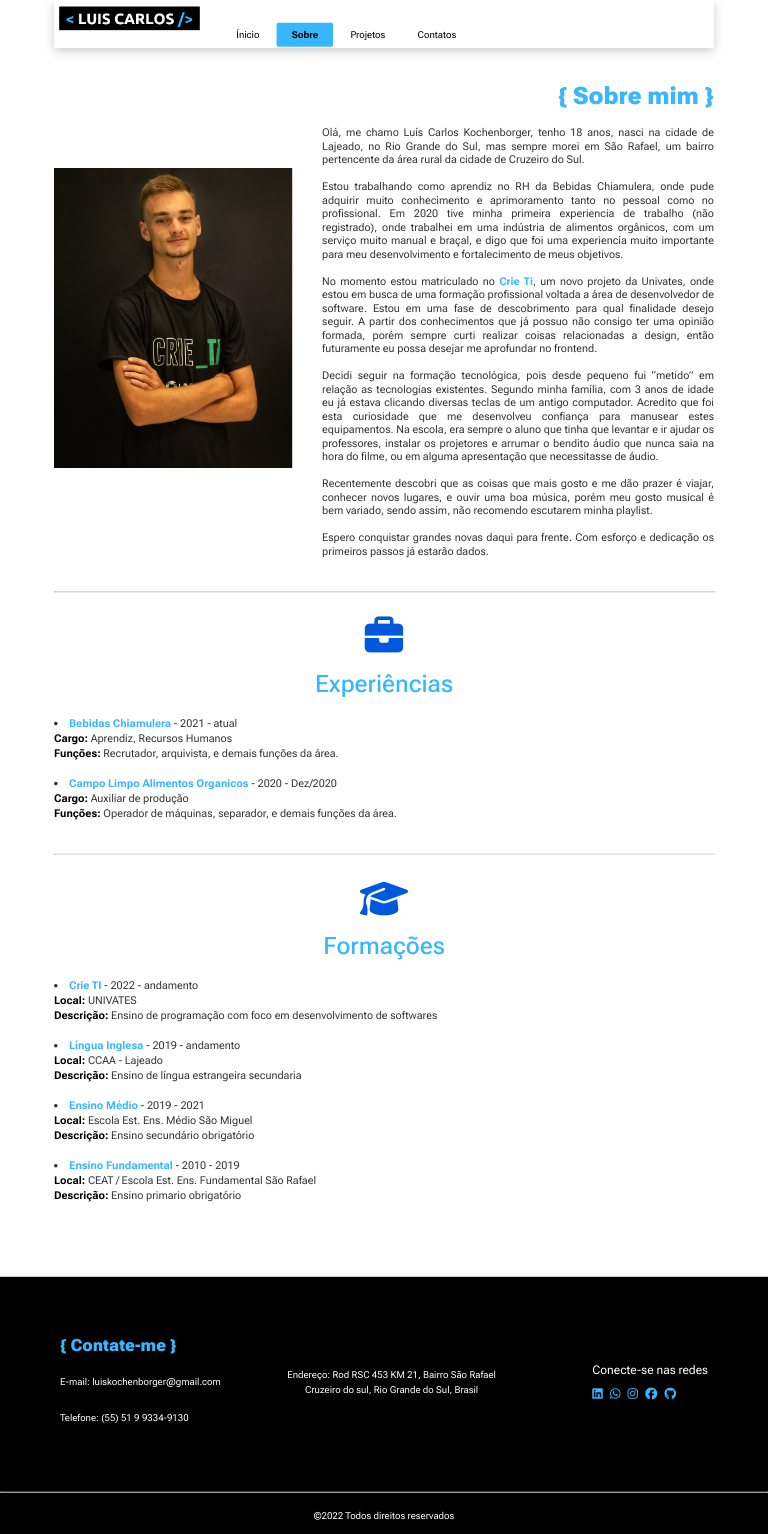
Repository: Iluiscarlos/SitePortifolio
Page: about.html
The author's editor kept a copy of each file at every save. The page is drawn from the files as they stood at one save, then again after the next save.
The browser window is 1280 px wide. The pictures show the whole page, at 60% of full size.
Some web libraries are served in a nearby version.

Above is the page before, as saved 2022-05-25 17:04:48.

### about.html
<!DOCTYPE html>
<html lang="pt-BR">

<head>
    <meta charset="UTF-8">
    <meta name="viewport" content="width=device-width, initial-scale=1.0">
    <meta http-equiv="X-UA-Compatible" content="ie=edge">
    <title>Luís Carlos</title>
    <link rel="stylesheet" href="Styles/base/reset.css">
    <link rel="stylesheet" href="Styles/base/variables.css">
    <link rel="stylesheet" href="Styles/base/base.css">
    <link rel="stylesheet" href="Styles/layout/header.css">
    <link rel="stylesheet" href="Styles/layout/about.css">
    <link rel="stylesheet" href="Styles/layout/footer.css">
    <link rel="stylesheet" href="Styles/components/icon.css">
    <script src="https://kit.fontawesome.com/2c48374459.js" crossorigin="anonymous"></script>
    <link rel="preconnect" href="https://fonts.googleapis.com">
    <link rel="preconnect" href="https://fonts.gstatic.com" crossorigin>
    <link
        href="https://fonts.googleapis.com/css2?family=Roboto+Flex:opsz,wght@8..144,100;8..144,200;8..144,300;8..144,400;8..144,500;8..144,600;8..144,700;8..144,800;8..144,900&display=swap"
        rel="stylesheet">
</head>

<body>
    <header class="header container">
        <img src="icons/logo.png" class="header__logo">
        <nav class="menu__item">
            <a href="index.html" class="menu__item">Ínicio</a>
            <a href="about.html" target="_self" class=" menu__item menu__item--active">Sobre</a>
            <a href="projects.html" class="menu__item">Projetos</a>
            <a href="contacts.html" class="menu__item">Contatos</a>
        </nav>
    </header>
    <main class="container">
    <section class="about">
        <img src="photos/About.jpg" alt="Luís Carlos, CrieTI" class="about__photo">
            <div>
                <h1 class="about__tittle">{ Sobre mim }</h1>
                <div class="about__content">
                    <p>Olá, me chamo Luís Carlos Kochenborger, tenho 18 anos, nasci na cidade de Lajeado, no Rio Grande
                        do
                        Sul, mas sempre morei em São Rafael, um bairro pertencente da área rural da cidade de Cruzeiro
                        do
                        Sul.</p><br>
                    <p>Estou trabalhando como aprendiz no RH da Bebidas Chiamulera, onde pude adquirir muito
                        conhecimento e
                        aprimoramento tanto no pessoal como no profissional. Em 2020 tive minha primeira experiencia de
                        trabalho (não registrado), onde trabalhei em uma indústria de alimentos orgânicos, com um
                        serviço
                        muito manual e braçal, e digo que foi uma experiencia muito importante para meu desenvolvimento
                        e
                        fortalecimento de meus objetivos.</p><br>
                    <p>No momento estou matriculado no <a href="https://www.univates.br/crieti" target="_blank"><b
                                class="bold__blue">Crie
                                Ti</b></a>, um novo
                        projeto da Univates, onde estou em busca de uma formação profissional voltada a área de
                        desenvolvedor de software. Estou em uma fase de descobrimento para qual finalidade desejo
                        seguir. A
                        partir dos conhecimentos que já possuo não consigo ter uma opinião formada, porém sempre curti
                        realizar coisas relacionadas a design, então futuramente eu possa desejar me aprofundar no
                        frontend.
                    </p><br>
                    <p>Decidi seguir na formação tecnológica, pois desde pequeno fui “metido” em relação as tecnologias
                        existentes. Segundo minha família, com 3 anos de idade eu já estava clicando diversas teclas de
                        um
                        antigo computador. Acredito que foi esta curiosidade que me desenvolveu confiança para manusear
                        estes equipamentos. Na escola, era sempre o aluno que tinha que levantar e ir ajudar os
                        professores,
                        instalar os projetores e arrumar o bendito áudio que nunca saia na hora do filme, ou em alguma
                        apresentação que necessitasse de áudio.</p><br>
                    <p>Recentemente descobri que as coisas que mais gosto e me dão prazer é viajar, conhecer novos
                        lugares,
                        e ouvir uma boa música, porém meu gosto musical é bem variado, sendo assim, não recomendo
                        escutarem
                        minha playlist.</p><br>
                    <p>Espero conquistar grandes novas daqui para frente. Com esforço e dedicação os primeiros passos já
                        estarão dados.</p>
                </div>
            </div>
    </section>
    <br>
    <br>
    <br>
    <hr class="divisor">
    <br>
    <br>
    <section class="experience">
        <div class="icon__large">
            <i class="fa-solid fa-briefcase"></i>
        </div>
        <h1 class="subtitle">Experiências</h1>
        <br>
        <br>
        <div class="experience__list">
            <li><b class="bold__blue">Bebidas Chiamulera</b> - 2021 - atual<br>
                <b class="bold__black">Cargo:</b> Aprendiz, Recursos Humanos<br>
                <b class="bold__black">Funções:</b> Recrutador, arquivista, e demais funções da área.
            </li>
            <br>
            <li><b class="bold__blue">Campo Limpo Alimentos Organicos</b> - 2020 - Dez/2020<br>
                <b class="bold__black">Cargo:</b> Auxiliar de produção<br>
                <b class="bold__black">Funções:</b> Operador de máquinas, separador, e demais funções da área.
            </li>
        </div>
        <br>
        <br>
        <br>
        <hr class="divisor">
        <br>
        <br>
        <div class="icon__large">
            <i class="fa-solid fa-graduation-cap"></i>
        </div>
        <h1 class="subtitle">Formações</h1>
        <br>
        <br>
        <div class="experience__edu">
            <li><b class="bold__blue">Crie TI</b> - 2022 - andamento<br>
                <b class="bold__black">Local:</b> UNIVATES<br>
                <b class="bold__black">Descrição:</b> Ensino de programação com foco em desenvolvimento de softwares
            </li>
            <br>
            <li><b class="bold__blue">Língua Inglesa</b> - 2019 - andamento<br>
                <b class="bold__black">Local:</b> CCAA - Lajeado<br>
                <b class="bold__black">Descrição:</b> Ensino de língua estrangeira secundaria
            </li>
            <br>
            <li><b class="bold__blue">Ensino Médio</b> - 2019 - 2021<br>
                <b class="bold__black">Local:</b> Escola Est. Ens. Médio São Miguel<br>
                <b class="bold__black">Descrição:</b> Ensino secundário obrigatório
            </li>
            <br>
            <li><b class="bold__blue">Ensino Fundamental</b> - 2010 - 2019<br>
                <b class="bold__black">Local:</b> CEAT / Escola Est. Ens. Fundamental São Rafael<br>
                <b class="bold__black">Descrição:</b> Ensino primario obrigatório
            </li>
        </div>
    </section>
    <br>
    <br>
    <br>
    <br>
    </main>
    <footer>
        <section class="andress">
            <div class="andress__contacts">
                <h1 class="andress__contacts-tittle">{ Contate-me }</h1>
                <a class="contacts" href="mailto:luiskochenborger@gmail.com">E-mail: luiskochenborger@gmail.com</a>
                <a class="contacts" href="tel:+55051993349130">Telefone: (55) 51 9 9334-9130</a>
            </div>
            <address class="andress__add">
                Endereço: Rod RSC 453 KM 21, Bairro São Rafael<br>
                Cruzeiro do sul, Rio Grande do Sul, Brasil
            </address>
            <div class="andress__rede">
                <h1 id="andress__rede">Conecte-se nas redes</h1>
                <br>
                <a class="icon__small" href="https://www.linkedin.com/in/luis-carlos-kochenborger" target="_blank"><i
                        class="fa-brands fa-linkedin"></i></a>
                <a class="icon__small" href="https://api.whatsapp.com/send?phone=5551993349130&text=Contate-me"
                    target="_blank"><i class="fa-brands fa-whatsapp"></i></a>
                <a class="icon__small" href="https://www.instagram.com/iluis.kochenborger/" target="_blank"><i
                        class="fa-brands fa-instagram"></i></a>
                <a class="icon__small" href="https://www.facebook.com/luiscarlos.kochenborger/" target="_blank"><i
                        class="fa-brands fa-facebook"></i></a>
                <a class="icon__small" href="https://github.com/Iluiscarlos" target="_blank"><i
                        class="fa-brands fa-github"></i></a>
            </div>
        </section>
        <hr>
        <span class="footer__copy">
            &copy;2022 Todos direitos reservados
        </span>
    </footer>

</html>
</body>

</html>

### Styles/base/variables.css
:root{
    --color-red: #F41B3B;
    --color-green: #1EBC99;
    --color-blue: #38b6ff;
    --color-blue1: #0058dd;
    --color-purple:#6b009d;
    --color-yellow: #F9CC0D;
    --color-white: #ffffff;
    --color-black: #000000;
    --color-black1: #333;
    --color-darken-gray: #363536;
    --color-light-gray: #807E81;
    --color-gray: #4f4e50;
    --color-fa: #fafafa;
    --color-ea: #eaeaea;
    --color-cece: #cecece;

--font-family-Roboto:"Roboto Flex", 'Sans serif';
--font-size-default: 16px;
--border-radius-default:3px;

--font-family-primary: var(--font-family-Roboto);
}

### Styles/base/base.css
body {
    font-family: var(--font-family-primary);
    font-size: var(--font-size-default);
    background-color:  var(--color-white);
    color: var(--color-black1);
}


.divisor{
    size: 1;
    width: 100%;
}

.container {
    width: 1100px;
    max-width: 100%;
    margin-left: auto;
    margin-right: auto;
    margin-bottom: 60px;
  }

### Styles/layout/header.css
.header{
    position: fixed;
    height: 80px;
    font-size: 16px;
    background-color: var(--color-white);
    box-shadow: 0 5px 1em #cecece;
    top: 0;
    left: 0;
    right: 0;
}

.header .container{
    display: flex;
    align-items: center;
    height: 100%;
}
.menu__item{
    display: inline-block;
    padding: 0 25px 0;
    text-decoration: none;
    /*border-right: 2px solid var(--color-blue);*/
    color: var(--color-black);
    margin-left: auto;
}

.menu__item--active{
    color: var(--color-black);
    display: inline-block;
    text-align: center;
    font-weight: bold;
    line-height: 40px;
    border-radius: 3px;
    background: var(--color-blue);
}

/*.menu__item:last-child{
    border-right: none;
}*/

.header__logo{
    width: 250px;
}


@media only screen and (max-width: 480px){
    .header{
    display: block;
    position: fixed;
    top: 60px;
    left: 0;
    right: 0;
    bottom: 0;
    background-color: pink;
    transform: translateX(-100%);

}


    .header__menu::-webkit-scrollbar{
        width: 0;
        height: 0;
    }

    .menu__item{
        display: block;
        margin: 20px 0;
    }

}

### Styles/layout/about.css
.about{
    display: flex;
}

.about__photo{
    width: 400px;
    height: 500px;
    padding-top: 280px;
    padding-right: 50px;
    vertical-align: middle;
    object-fit: cover;
}


.about__tittle{
    color: var(--color-blue);
    font-size: 40px;
    font-weight:900;
    padding-top: 140px;
    text-align: end;
}


.about__content{
    font-family: var(--font-family-primary);
    font-size: 18px;
    padding-top: 30px;
    text-align: justify;
    line-height: 1.25;
}


a{
    text-decoration: none;
}

.bold__blue{
    font-weight: bold;
    color: var(--color-blue);
}

.bold__black{
    font-weight: bold;
    color: var(--color-black);
}


.experience{
    display: flex;
    flex-direction: column;
}

.subtitle{
    color: var(--color-blue);
    font-size: 40px;
    font-weight:500;
    padding-top: 25px;
    text-align: center;
    vertical-align:top;
}

.experience__list{
    text-align: justify;
    font-size: 18px;
    font-weight: 400;
    line-height: 25px;
}

.experience__edu{
    text-align: justify;
    font-size: 18px;
    font-weight: 400;
    line-height: 25px;
}

### Styles/layout/footer.css
footer{
display: block;
background-color: var(--color-black);
}

.andress {
    display: flex;
    height: 350px;
    color: var(--color-white);
    align-items: center;
    justify-content: space-between;
    padding-left: 100px;
}


.andress__contacts{
    display: block;
    font-size: var(--font-size-default);
    line-height: 60px;
}

.andress__contacts-tittle{
    color: var(--color-blue);
    font-size: 28px;
    font-weight: 900;

}


.contacts{
    display: block;
    text-decoration: none;
    color: var(--color-white);
}

.andress__rede{
    display: block;
    font-size: 20px;
    padding-left: 150px;
    padding-right: 100px;
}

.andress__add{
    line-height: 25px;
    padding-left: 100px;
    text-align:center;
}


.footer__copy{
    display: flex;
    height: 60px;
    font-size: var(--font-size-default);
    color: var(--color-white);
    text-align: center;
    justify-content:center;
    align-items: center;
}

### Styles/components/icon.css
.icon__large{
    font-size: 4em;
    color: var(--color-blue1);
    text-align: center;
}

.icon__large:last-child{
    text-align: end;
}

.social .icon__large{
    color: var(--color-white);
}

.icon__medium{
    text-decoration: none;
    font-size: 2em;
    color: var(--color-white);
    letter-spacing: 15px;
}

.icon__small{
    text-decoration: none;
    text-align: end;
    font-size: 1em;
    color: var(--color-blue);
    letter-spacing: 7px;
}

.icon__small i:hover{
    transform: translateX(1px) rotate(10deg) translateY(0.3px) scale(1.2);
    transition-duration: 1000ms;
}

.icon__medium i:hover{
    transform: translateX(1px) rotate(10deg) translateY(0.3px) scale(1.2);
    transition-duration: 1000ms;
}

Loaded but not shown: Styles/base/reset.css (common file)

After the next save:
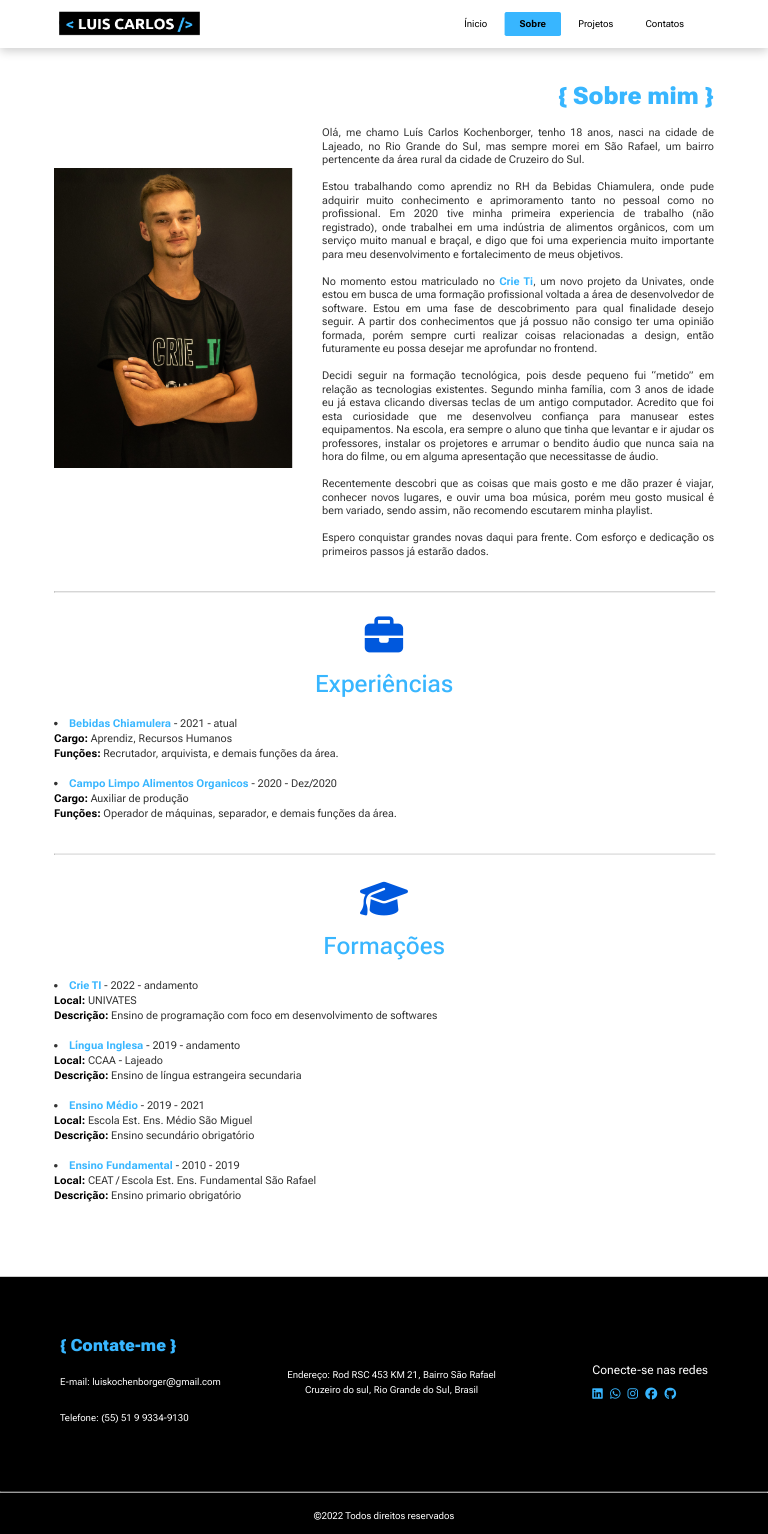
Saved 29 s later.
--- a/about.html
+++ b/about.html
@@ -22,7 +22,8 @@
 </head>
 
 <body>
-    <header class="header container">
+    <header class="header">
+        <div class="container">
         <img src="icons/logo.png" class="header__logo">
         <nav class="menu__item">
             <a href="index.html" class="menu__item">Ínicio</a>
@@ -30,6 +31,7 @@
             <a href="projects.html" class="menu__item">Projetos</a>
             <a href="contacts.html" class="menu__item">Contatos</a>
         </nav>
+        </div>
     </header>
     <main class="container">
     <section class="about">
